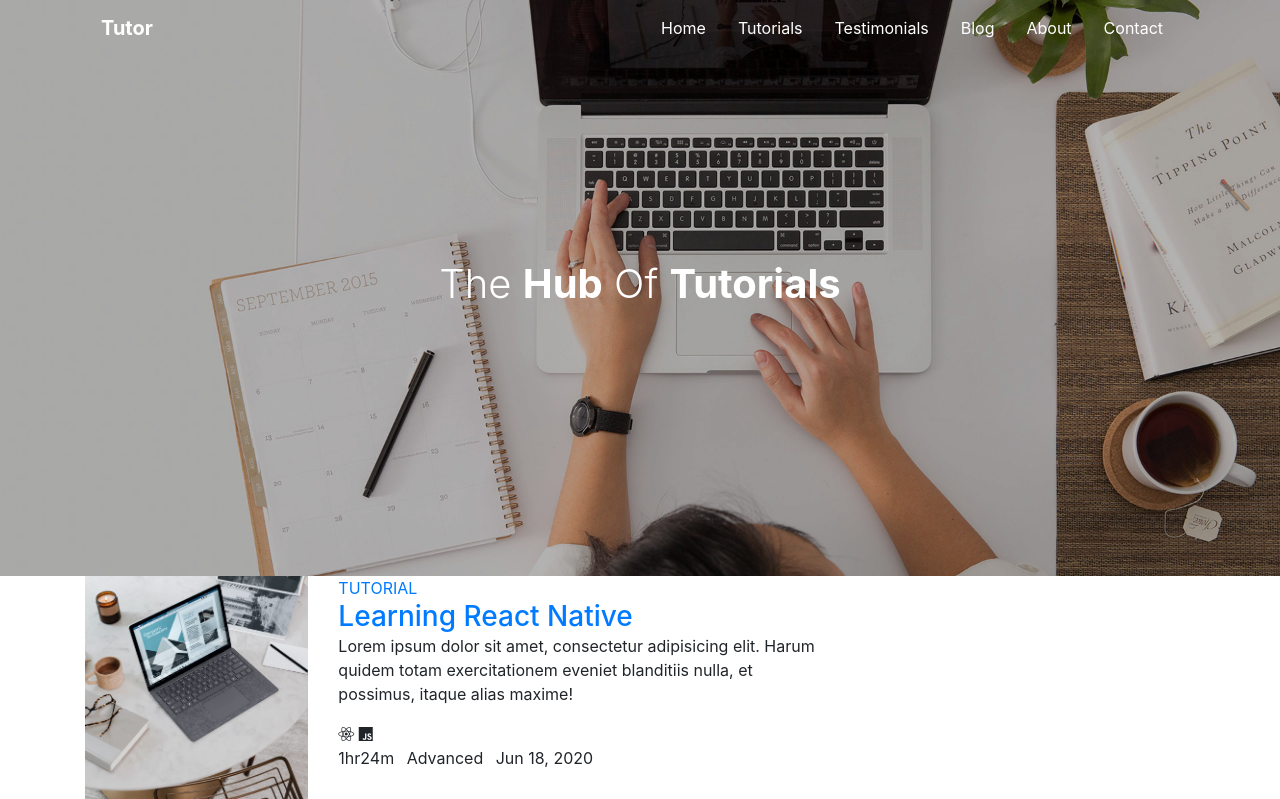
Repository: longvh2003/Tutor
Page: Views/home.html
An editor plug-in stored every save of this project. The page is shown before and after the next save, followed by the edit.
The browser window is 1280 px wide. The pictures show the whole page.
Some web libraries are served in a nearby version.

Above is the page before, as saved 2020-08-12 16:45:39.

After the next save:
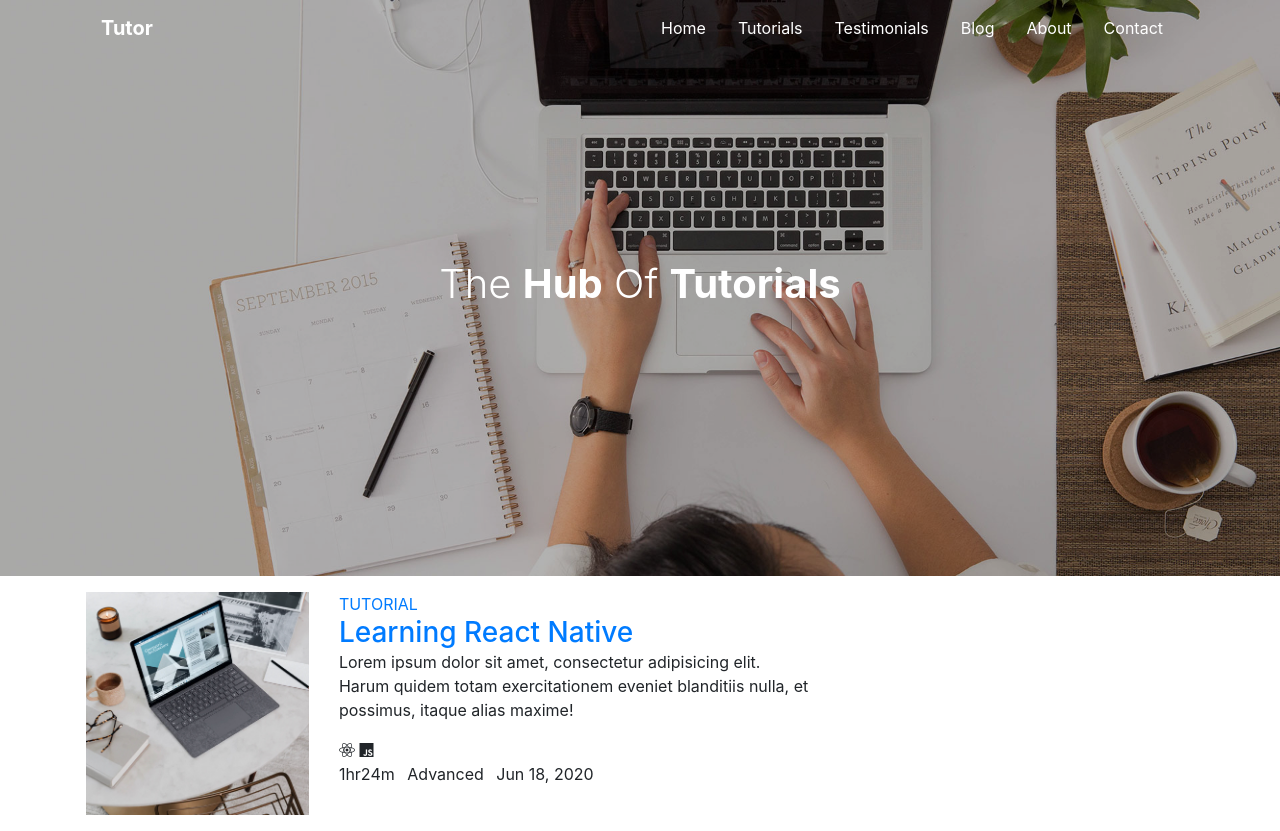
Saved 50 s later.
--- a/Css/home.css
+++ b/Css/home.css
@@ -1,3 +1,6 @@
+.latest-content{
+    padding: 1rem;
+}
 .img-latest-content{
     width: 100%;
     height: auto;
